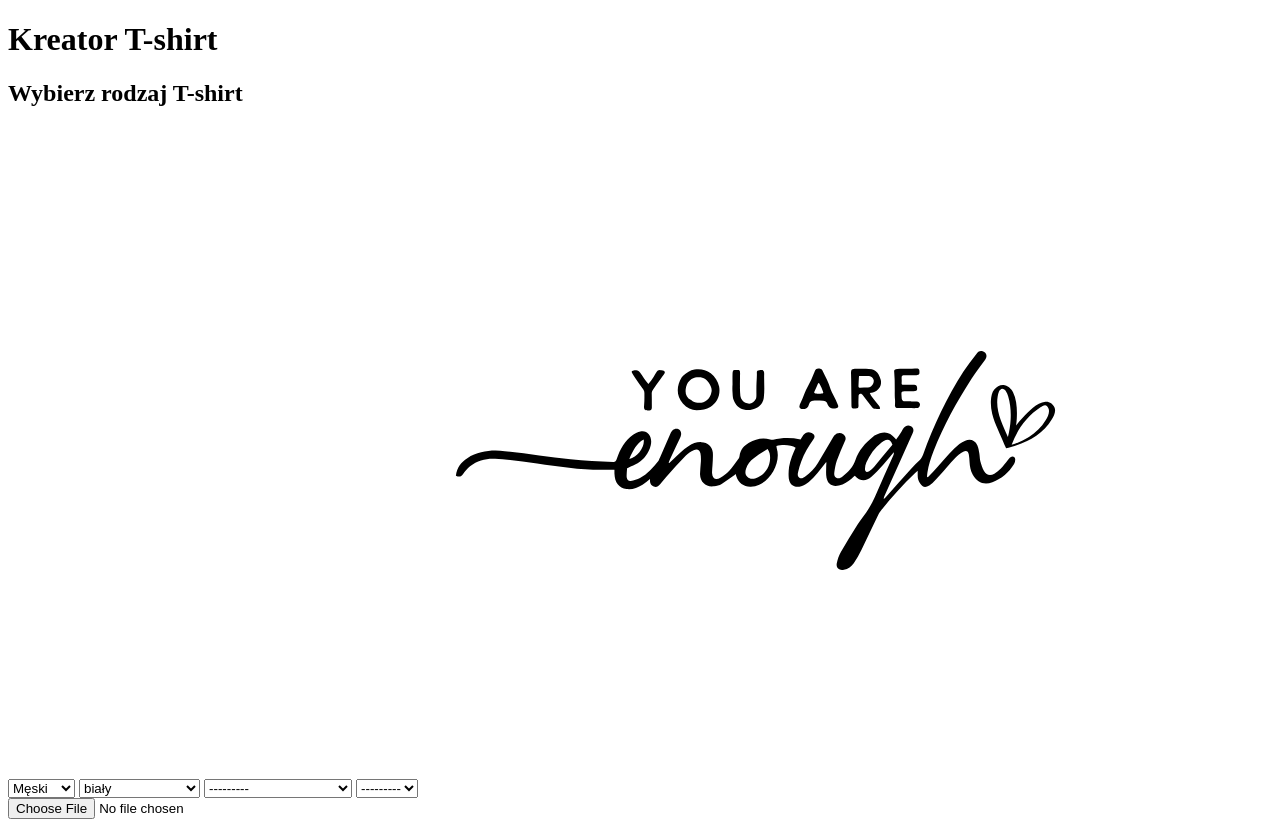
Repository: artek313/clothes
Page: index.html
These files come from the project's save history. The page is drawn as it stood at one moment and after the next save; the edit follows.
The browser window is 1280 px wide. The pictures show the whole page.

Above is the page before, as saved 2024-04-27 13:16:18.
Console error: SyntaxError: Unexpected token '}'

After the next save:
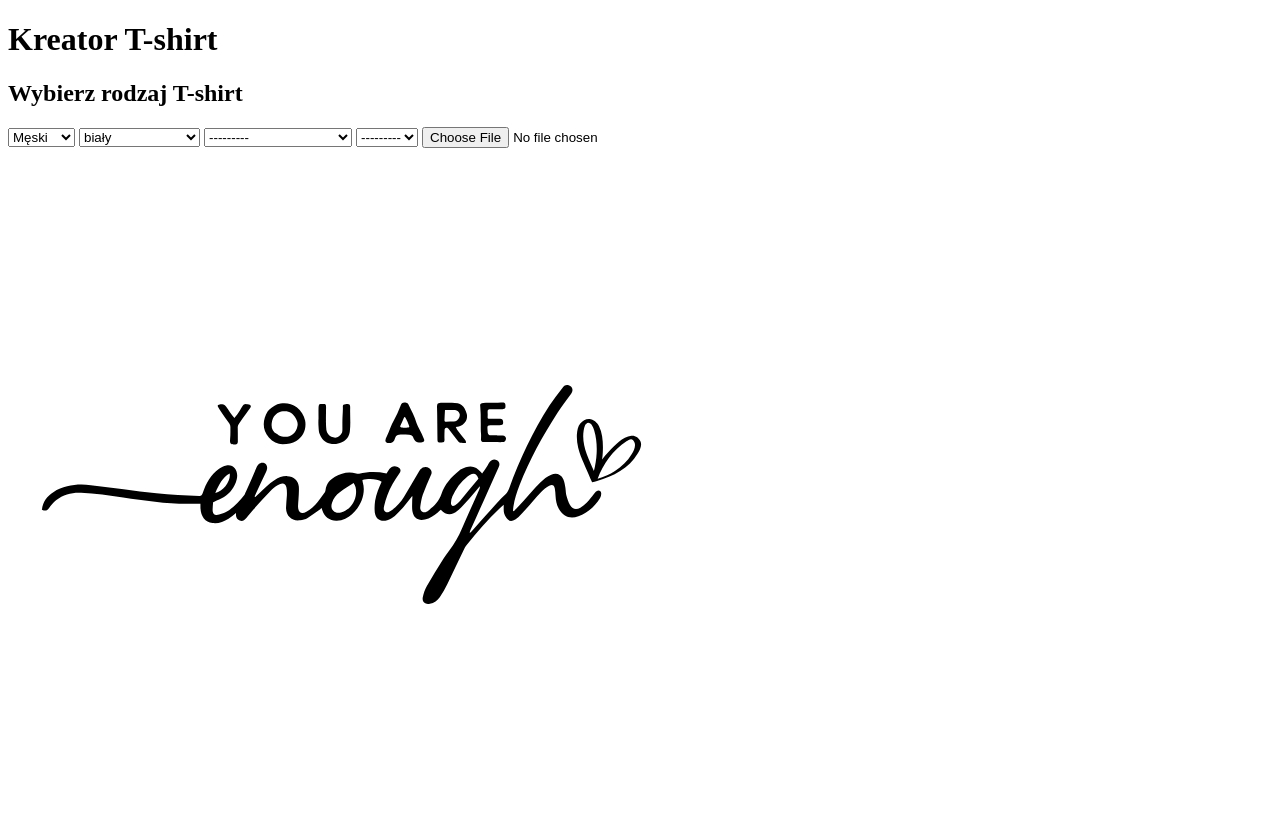
Saved 39 s later.
--- a/index.html
+++ b/index.html
@@ -41,7 +41,7 @@
 
 
 
-    <object class="" id="overprint" data="img/men/overprints/1.svg" type="image/svg+xml"></object>
+
 
     <input type="file" name="inputfile" id="inputfile">
     <pre id="output"></pre>
@@ -50,7 +50,7 @@
 
     <div id="tshirtBox">
 
-
+        <object class="" id="overprint" data="img/men/overprints/1.svg" type="image/svg+xml"></object>
 
 
 
